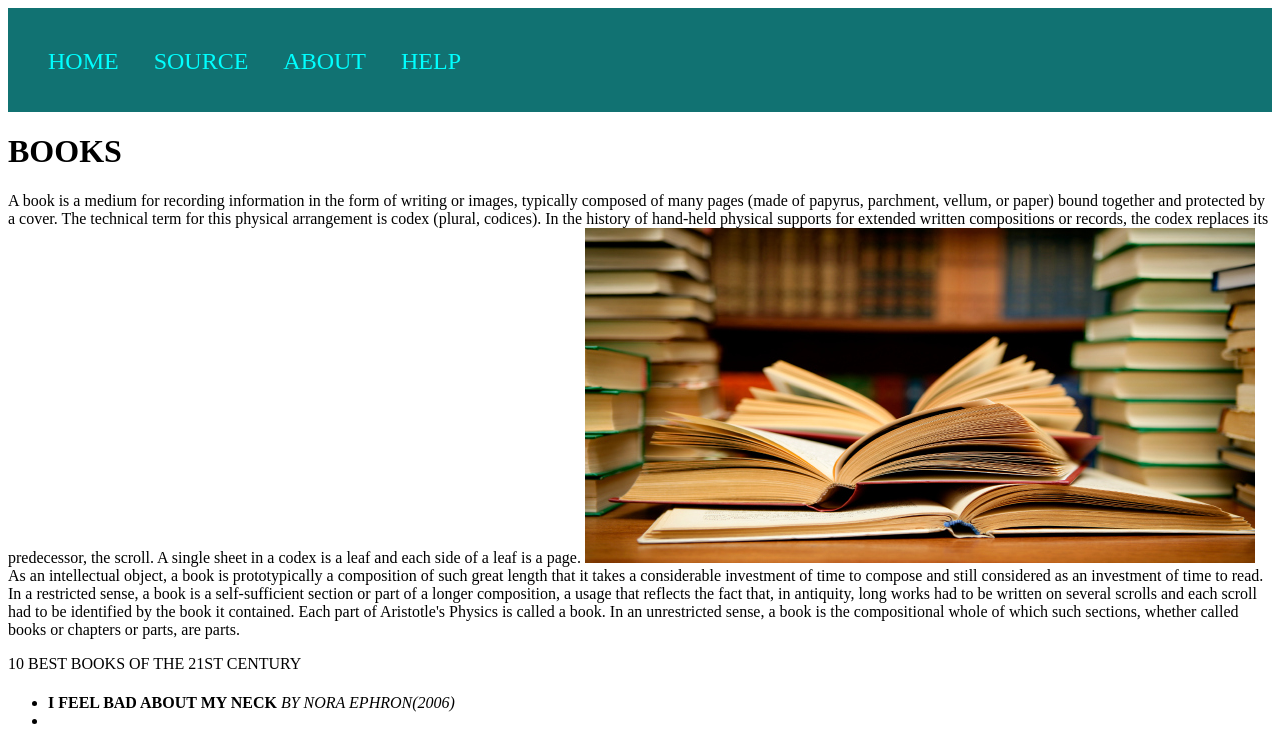
Repository: Hanan-arts/websites
Page: 01 web design/website.html
An editor plug-in stored every save of this project. The page is shown before and after a run of saves, followed by the edit.
The browser window is 1280 px wide. The pictures show the whole page.

Above is the page before, as saved 2021-02-13 21:22:08.

After the next 2 saves:
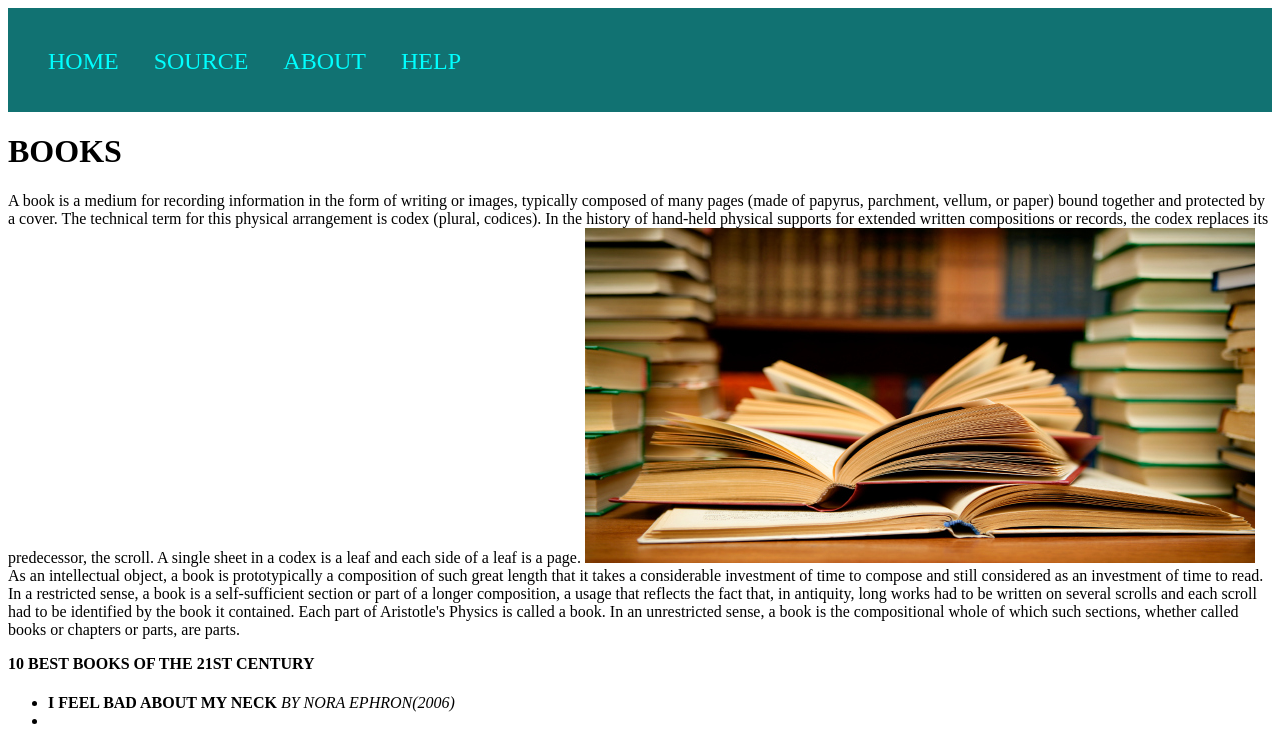
The 2 saves are shown as one change because they came seconds apart.
The last was saved 9 s later.
--- a/01 web design/website.html
+++ b/01 web design/website.html
@@ -47,7 +47,7 @@ In an unrestricted sense, a book is the compositional whole of which such sectio
 or chapters or parts,
 are parts.
 </body>
-<p><h1<b>10 BEST BOOKS OF THE 21ST CENTURY</b><h1></h1></p>
+<p><b>10 BEST BOOKS OF THE 21ST CENTURY</b><h1></h1></p>
 <p>
     <div>
         <ul>
